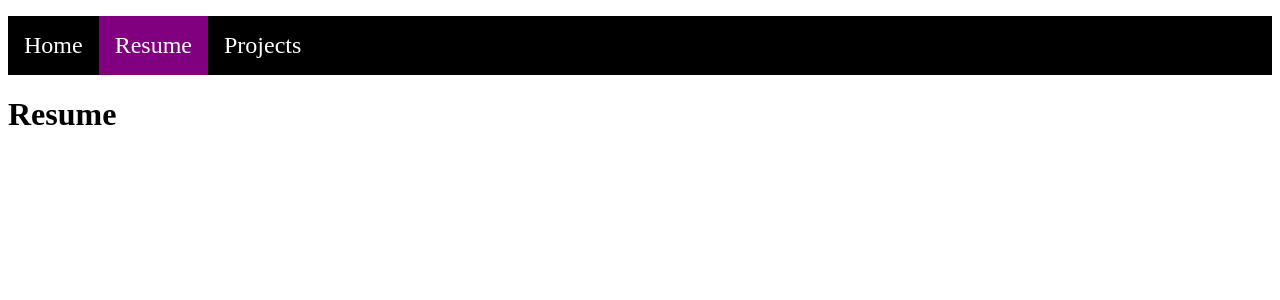
Repository: Artlepop/Artlepop.github.io
Page: resume.html
The author's editor kept a record of every edit. The page is drawn from the files as they stood at one moment, then again after the next edit.
The browser window is 1280 px wide. The pictures show the whole page.

Above is the page before.

After the next edit:
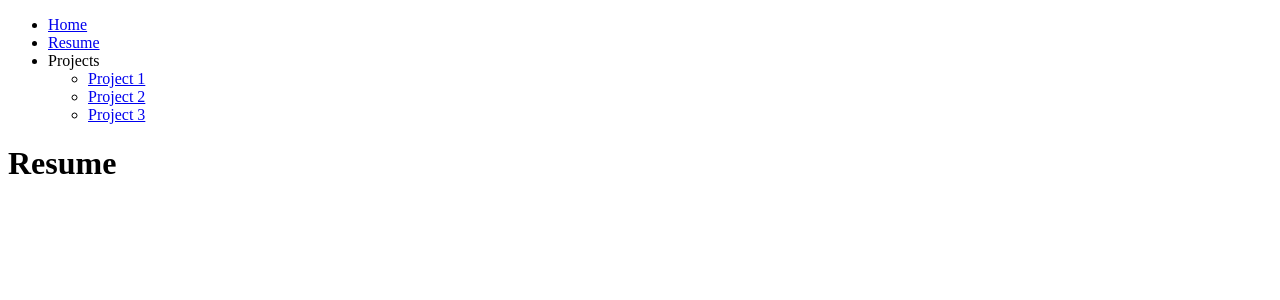
The edit:
--- a/resume.html
+++ b/resume.html
@@ -2,58 +2,6 @@
 <html>
   <head>
   <title>Home</title>
-  <style>
-
-    .navbar{
-      list-style: none;
-      background-color: black;
-      overflow: hidden;
-      padding: 0;
-    }
-
-    .navbar a, .dropdown div{
-      text-decoration: none;
-      color: white;
-      font-size: 24px;
-      padding: 16px;
-      display: inline-block;
-    }
-
-    .navbar li{
-      float: left;
-    }
-
-    .navbar li:hover{
-      background-color: Blue;
-    }
-
-    a:Hover, div:Hover{
-        color: Black;
-    }
-
-    .dropdown-content{
-      list-style: none;
-      padding: 0;
-      display: none;
-      position: absolute;
-      z-index: 1;
-    }
-
-    .dropdown-content li{
-      float:none;
-      background-color: purple;
-    }
-
-    .dropdown:hover .dropdown-content{
-      display: block;
-    }
-
-    .active{
-      background-color: purple;
-    }
-
-  </style>
-
   </head>
   <body>
     <ul class="navbar">
@@ -68,9 +16,6 @@
         </ul>
       </li>
     </ul>
-
     <h1>Resume</h1>
-
-
   </body>
 </html>
